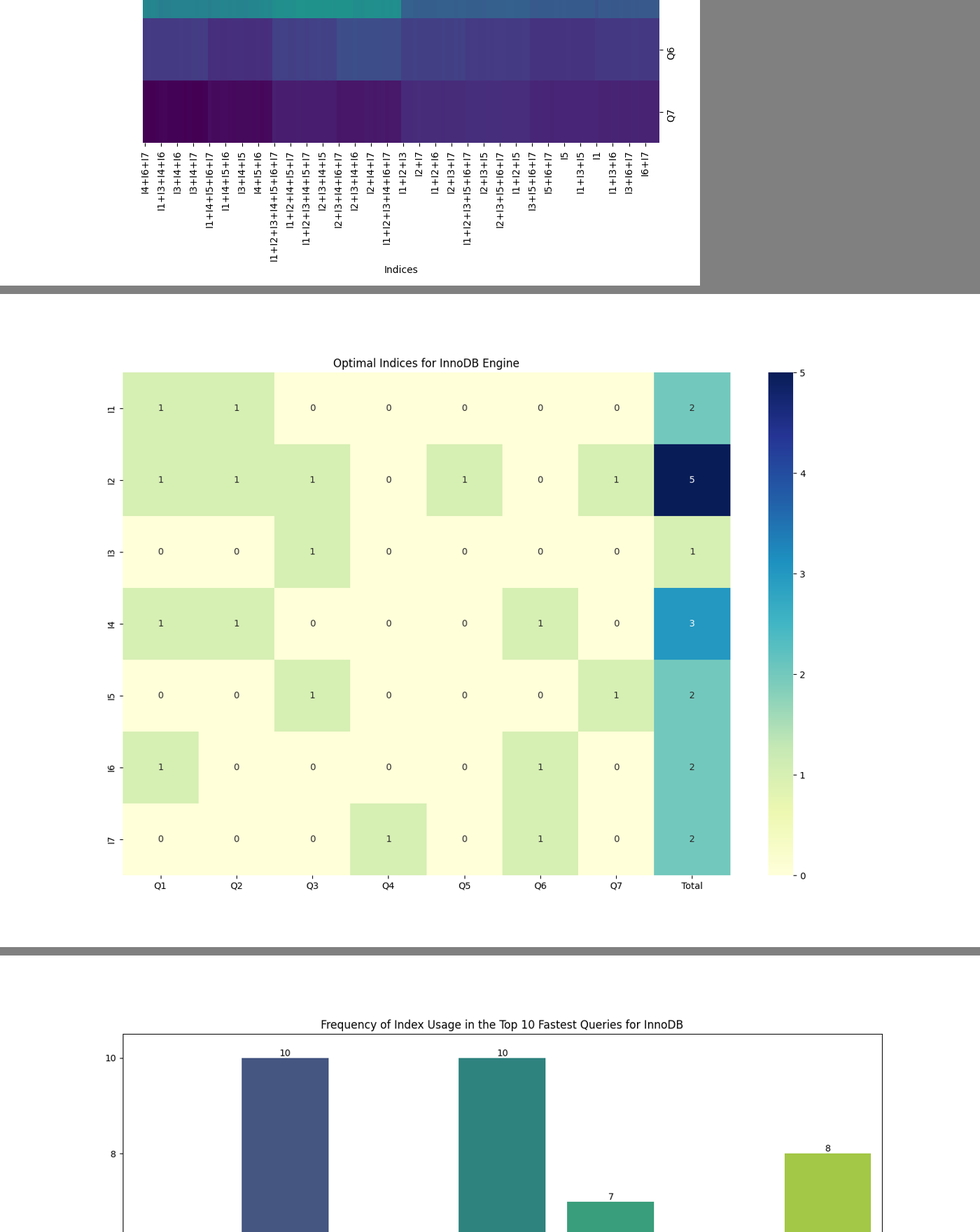
Repository: MarioPasc/Base-de-Datos-Microbiomas
Script's output: python src/mysql_performance_analysis.py
The author's editor kept a copy of each file at every save. The script's output is drawn from the files as they stood at one save, then again after the next save.
The pictures show rows 4573 to 6333 of an output 6871 px tall, at 70% of full size.
Each picture stacks the figures in order, with grey between them; figures that are only written to a file come last. Figures wider than 1,400 px are first shrunk to that width. Random numbers start from a fixed seed.

Above is the script's output before, as saved 2024-06-08 11:25:46.

### src/mysql_performance_analysis.py
import pandas as pd
import seaborn as sns
import matplotlib.pyplot as plt
import numpy as np
from scipy.cluster.hierarchy import linkage
from scipy.spatial.distance import pdist
from typing import Any

class CSVVisualizer:
    def __init__(self, csv_path: str, figure_path: str):
        self.csv_path = csv_path
        self.figure_path = figure_path
        self.data = self.read_csv()

    def read_csv(self) -> pd.DataFrame:
        """Reads the CSV file and returns a pandas DataFrame."""
        return pd.read_csv(self.csv_path)

    def normalize_data(self, data: pd.DataFrame) -> pd.DataFrame:
        """Normalizes the data to have zero mean and unit variance."""
        return (data - data.mean()) / data.std()

    def plot_clustered_heatmap(self) -> None:
        """Generates and saves a clustered heatmap from the DataFrame."""
        # Pivot the data to have queries as columns and engines/indices as rows
        data_pivot = self.data.pivot(index='Engine', columns='Indices', values=['Q1', 'Q2', 'Q3', 'Q4', 'Q5', 'Q6', 'Q7'])

        # Flatten the multi-level column index for easier processing
        data_pivot.columns = ['_'.join(map(str, col)).strip() for col in data_pivot.columns.values]

        # Normalize the data
        data_normalized = self.normalize_data(data_pivot)

        # Compute the distance matrix and hierarchical clustering
        dist_matrix = pdist(data_normalized.T, metric='euclidean')
        linkage_matrix = linkage(dist_matrix, method='ward')

        # Plot clustered heatmap
        plt.figure(figsize=(20, 15))
        sns.clustermap(data_normalized, row_cluster=False, col_linkage=linkage_matrix, cmap='viridis')
        plt.savefig(f"{self.figure_path}clustered_heatmap.png")
        plt.close()

    def plot_boxplot(self) -> None:
        """Generates and saves a boxplot for query execution times by engine with mean times in legend."""
        # Compute the mean execution time across all queries for each index and engine
        self.data['MeanQueryTime'] = self.data[['Q1', 'Q2', 'Q3', 'Q4', 'Q5', 'Q6', 'Q7']].mean(axis=1)

        # Calculate the mean times for each engine
        mean_times = self.data.groupby('Engine')['MeanQueryTime'].mean().to_dict()

        # Define the order of engines and a custom palette
        engine_order = ['MyISAM', 'MEMORY', 'InnoDB']
        palette = {'InnoDB': '#5DADE2', 'MEMORY': '#58D68D', 'MyISAM': '#EC7063'}

        plt.figure(figsize=(15, 10))
        boxplot = sns.boxplot(x='Engine', y='MeanQueryTime', data=self.data, order=engine_order, palette=palette)
        plt.ylabel("Mean Execution Time (ms)")
        plt.xlabel("Storage Engine")
        plt.title("Distribution of Mean Query Execution Times by Storage Engine")

        # Add the mean times to the legend
        legend_labels = [f'{engine} (mean: {mean_times[engine]/1000:.4f}s)' for engine in engine_order]
        handles = [plt.Line2D([0], [0], color=palette[engine], lw=4) for engine in engine_order]
        plt.legend(handles, legend_labels, title="Engines")

        plt.savefig(f"{self.figure_path}boxplot.png")
        plt.close()

    def plot_clustered_heatmap_by_engine(self) -> None:
        """Generates and saves a clustered heatmap for each engine."""
        engines = self.data['Engine'].unique()
        for engine in engines:
            data_subset = self.data[self.data['Engine'] == engine]
            melted_data = pd.melt(data_subset, id_vars=['Indices'], value_vars=['Q1', 'Q2', 'Q3', 'Q4', 'Q5', 'Q6', 'Q7'])
            data_pivot = melted_data.pivot(index='variable', columns='Indices', values='value')
            data_normalized = self.normalize_data(data_pivot)
            dist_matrix = pdist(data_normalized.T, metric='euclidean')
            linkage_matrix = linkage(dist_matrix, method='ward')

            plt.figure(figsize=(20, 15))
            sns.clustermap(data_normalized, row_cluster=False, col_linkage=linkage_matrix, cmap='viridis')
            plt.title(f"Clustered Heatmap for Engine: {engine}")
            plt.savefig(f"{self.figure_path}clustered_heatmap_{engine}.png")
            plt.close()

    def plot_innodb_optimal_indices_heatmap(self) -> None:
        """Finds and plots the optimal indices heatmap for InnoDB engine."""
        innodb_data = self.data[self.data['Engine'] == 'InnoDB']
        optimal_indices = []

        for query in ['Q1', 'Q2', 'Q3', 'Q4', 'Q5', 'Q6', 'Q7']:
            min_time_row = innodb_data.loc[innodb_data[query].idxmin()]
            indices = min_time_row['Indices'].split('+')
            optimal_indices.append(indices)

        # Create a DataFrame for the heatmap
        index_set = sorted(set([idx for sublist in optimal_indices for idx in sublist]))
        heatmap_data = pd.DataFrame(0, index=index_set, columns=['Q1', 'Q2', 'Q3', 'Q4', 'Q5', 'Q6', 'Q7'])

        for i, indices in enumerate(optimal_indices):
            for idx in indices:
                heatmap_data.at[idx, f'Q{i+1}'] = 1

        heatmap_data['Total'] = heatmap_data.sum(axis=1)

        plt.figure(figsize=(15, 10))
        sns.heatmap(heatmap_data, annot=True, cmap='YlGnBu')
        plt.title("Optimal Indices for InnoDB Engine")
        plt.savefig(f"{self.figure_path}optimal_indices_heatmap_innodb.png")
        plt.close()

    def plot_innodb_index_frequency(self) -> None:
        """Generates and saves a bar plot for the frequency of index usage in the top 10 fastest queries for InnoDB."""
        # Filter the data for InnoDB engine
        innodb_data = self.data[self.data['Engine'] == 'InnoDB']

        # Find the 10 queries with the lowest mean execution time
        top_10_queries = innodb_data.nsmallest(10, 'MeanQueryTime')

        # Decompose the index combinations into individual indices
        all_indices = top_10_queries['Indices'].str.split('+').explode()

        # Count the frequency of each index
        index_counts = all_indices.value_counts()

        # Ensure the index order is "I1", "I2", "I3", ..., "I7"
        index_order = [f'I{i}' for i in range(1, 8)]
        index_counts = index_counts.reindex(index_order).fillna(0)

        # Plot the frequency of each index
        plt.figure(figsize=(15, 10))
        barplot = sns.barplot(x=index_counts.index, y=index_counts.values, palette='viridis')
        barplot.set_xlabel('Index')
        barplot.set_ylabel('Frequency')
        barplot.set_title('Frequency of Index Usage in the Top 10 Fastest Queries for InnoDB')

        # Annotate the bars with the frequency values
        for container in barplot.containers:
            barplot.bar_label(container)

        plt.savefig(f"{self.figure_path}innodb_index_frequency.png")
        plt.close()

if __name__ == "__main__":
    csv_path = "./query_optimization/mysql/mysql_encoded_optimization_results.csv"
    figure_path = "./query_optimization/mysql/figures/"

    visualizer = CSVVisualizer(csv_path, figure_path)
    visualizer.plot_clustered_heatmap()
    visualizer.plot_boxplot()
    visualizer.plot_clustered_heatmap_by_engine()
    visualizer.plot_innodb_optimal_indices_heatmap()
    visualizer.plot_innodb_index_frequency()
    print(f"Visualizations saved to {figure_path}")

Loaded but not shown: query_optimization/mysql/mysql_encoded_optimization_results.csv (385 lines, source omitted)

After the next save:
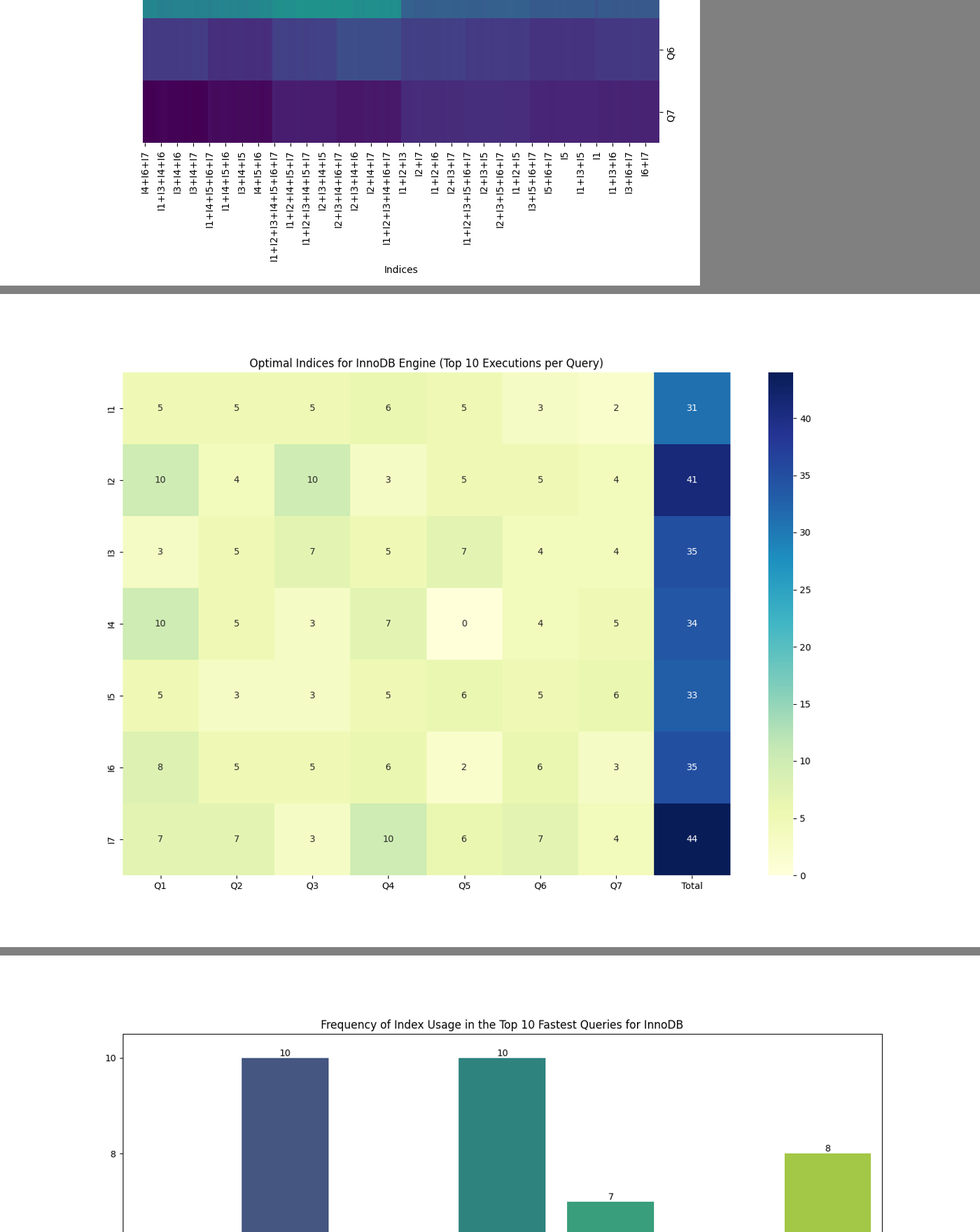
Saved 3 min 42 s later.
--- a/src/mysql_performance_analysis.py
+++ b/src/mysql_performance_analysis.py
@@ -84,30 +84,30 @@ class CSVVisualizer:
             plt.savefig(f"{self.figure_path}clustered_heatmap_{engine}.png")
             plt.close()
 
-    def plot_innodb_optimal_indices_heatmap(self) -> None:
+    def plot_innodb_optimal_indices_heatmap(self, n: int = 10) -> None:
         """Finds and plots the optimal indices heatmap for InnoDB engine."""
         innodb_data = self.data[self.data['Engine'] == 'InnoDB']
-        optimal_indices = []
+        optimal_indices = {f'Q{i+1}': [] for i in range(7)}
 
-        for query in ['Q1', 'Q2', 'Q3', 'Q4', 'Q5', 'Q6', 'Q7']:
-            min_time_row = innodb_data.loc[innodb_data[query].idxmin()]
-            indices = min_time_row['Indices'].split('+')
-            optimal_indices.append(indices)
+        for i, query in enumerate(['Q1', 'Q2', 'Q3', 'Q4', 'Q5', 'Q6', 'Q7']):
+            top_n_rows = innodb_data.nsmallest(n, query)
+            for indices in top_n_rows['Indices']:
+                optimal_indices[f'Q{i+1}'].extend(indices.split('+'))
 
         # Create a DataFrame for the heatmap
-        index_set = sorted(set([idx for sublist in optimal_indices for idx in sublist]))
+        index_set = sorted(set(idx for indices in optimal_indices.values() for idx in indices))
         heatmap_data = pd.DataFrame(0, index=index_set, columns=['Q1', 'Q2', 'Q3', 'Q4', 'Q5', 'Q6', 'Q7'])
 
-        for i, indices in enumerate(optimal_indices):
+        for query, indices in optimal_indices.items():
             for idx in indices:
-                heatmap_data.at[idx, f'Q{i+1}'] = 1
+                heatmap_data.at[idx, query] += 1
 
         heatmap_data['Total'] = heatmap_data.sum(axis=1)
 
         plt.figure(figsize=(15, 10))
         sns.heatmap(heatmap_data, annot=True, cmap='YlGnBu')
-        plt.title("Optimal Indices for InnoDB Engine")
-        plt.savefig(f"{self.figure_path}optimal_indices_heatmap_innodb.png")
+        plt.title(f"Optimal Indices for InnoDB Engine (Top {n} Executions per Query)")
+        plt.savefig(f"{self.figure_path}optimal_indices_heatmap_innodb_top_{n}.png")
         plt.close()
 
     def plot_innodb_index_frequency(self) -> None:
